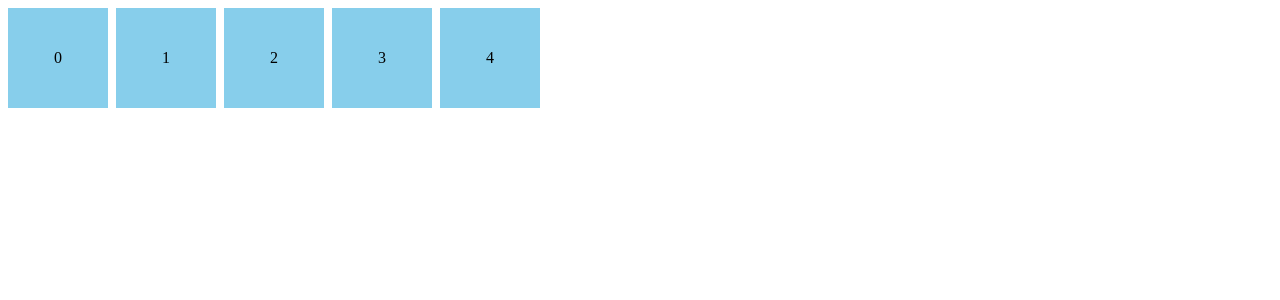
Repository: kojimayu/First-time-JavaScript
Page: index.html
The author's editor kept a copy of each file at every save. The page is drawn from the files as they stood at one save, then again after the next save.
The browser window is 1280 px wide. The pictures show the whole page.

Above is the page before, as saved 2019-04-02 18:54:24.

### index.html
<!DOCTYPE html>
<html lang="ja">

<head>
    <meta charset="utf-8">
    <title>JavaScript Practice</title>
    <style>
        body {
            display: flex;
            flex-wrap: wrap;
        }

        .box {
            width: 100px;
            height: 100px;
            background: skyblue;
            cursor: pointer;
            transition: 0.8s;
            margin: 0 8px 8px 0;
            text-align: center;
            line-height: 100px;
        }

        .circle {
            background: pink;
            border-radius: 50%;
            transform: rotate(360deg);
        }
    </style>
</head>

<body>


    <script>
        'use strict';

        const num = 5;

        for (let i = 0; i < num; i++) {

            const div = document.createElement('div');
            div.classList.add('box')
            div.textContent = i;
            div.addEventListener('click', function () {
                div.classList.toggle('circle');
            });

            document.body.appendChild(div);
        }


    </script>
</body>

</html>

After the next save:
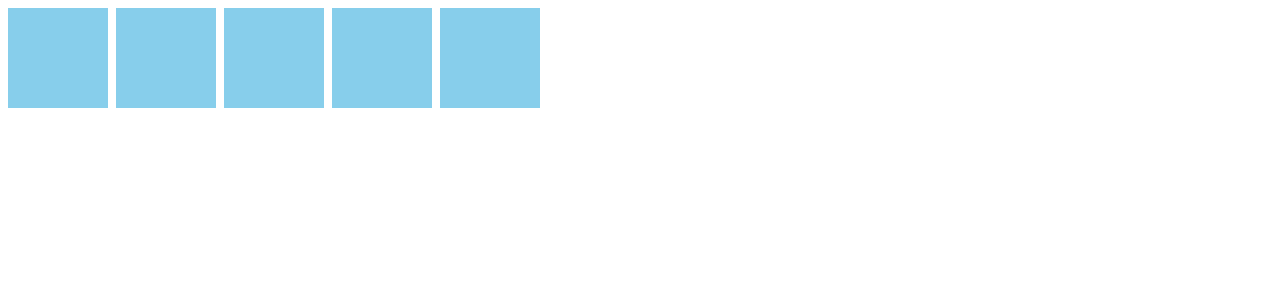
Saved 12 min 21 s later.
--- a/index.html
+++ b/index.html
@@ -36,14 +36,27 @@
         'use strict';
 
         const num = 5;
+        const winner = Math.floor(Math.random() * num);
 
         for (let i = 0; i < num; i++) {
 
             const div = document.createElement('div');
             div.classList.add('box')
-            div.textContent = i;
+            if (i === winner) {
+                div.dataset.result = 'win';
+            } else {
+                div.dataset.result = 'lose';
+            }
+
             div.addEventListener('click', function () {
                 div.classList.toggle('circle');
+                if (div.dataset.result === 'win') {
+                    div.textContent = 'Win';
+                    div.classList.add('win');
+                } else {
+                    div.textContent = 'Lose!';
+                    div.classList.add('lose');
+                }
             });
 
             document.body.appendChild(div);
